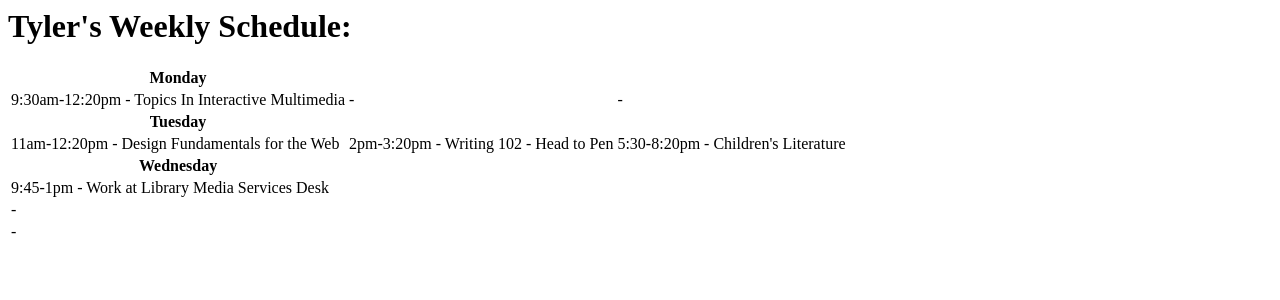
Repository: getzt1/web-design-class
Page: web pages/personal-site/index.html
The author's editor kept a record of every edit. The page is drawn from the files as they stood at one moment, then again after the next edit.
The browser window is 1280 px wide. The pictures show the whole page.

Above is the page before.

After the next edit:
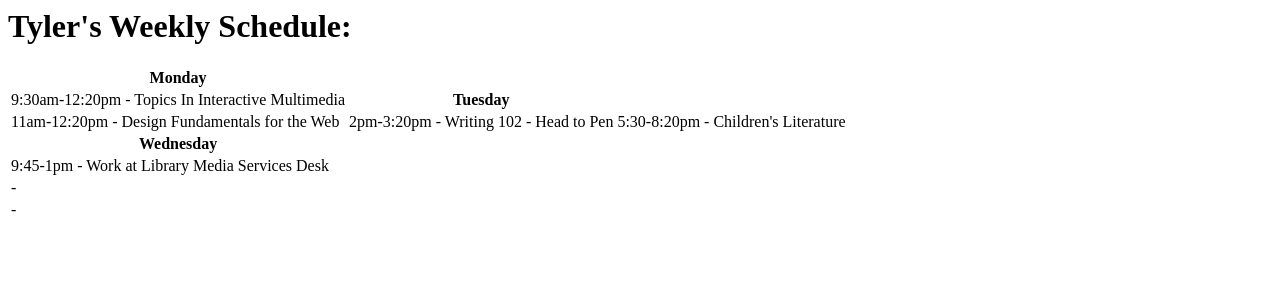
The edit:
--- a/web pages/personal-site/index.html
+++ b/web pages/personal-site/index.html
@@ -9,8 +9,6 @@
             <tc>
             <th scope="col">Monday</th>
            <tr> <td>9:30am-12:20pm - Topics In Interactive Multimedia</td>
-           <td>-</td>
-           <td>-</td> </tr>
             </tc>
             <tc>
             <th scope="col">Tuesday</th>
